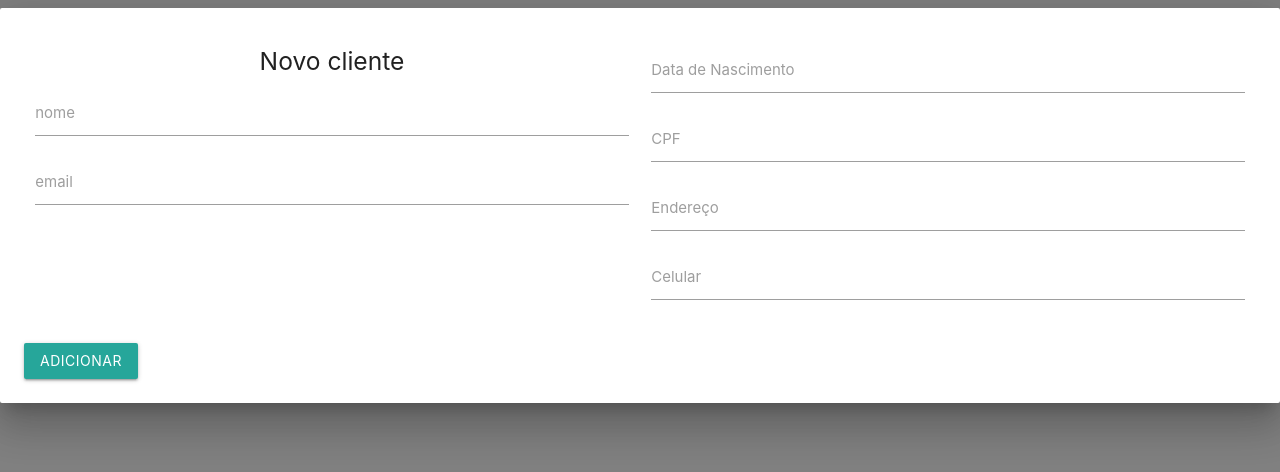
Repository: luizasilveira/TechWeb
Page: Projeto1/techWebP1/WebContent/add.html
An editor plug-in stored every save of this project. The page is shown before and after the next save, followed by the edit.
The browser window is 1280 px wide. The pictures show the whole page.

Above is the page before, as saved 2019-09-08 19:56:52.

After the next save:
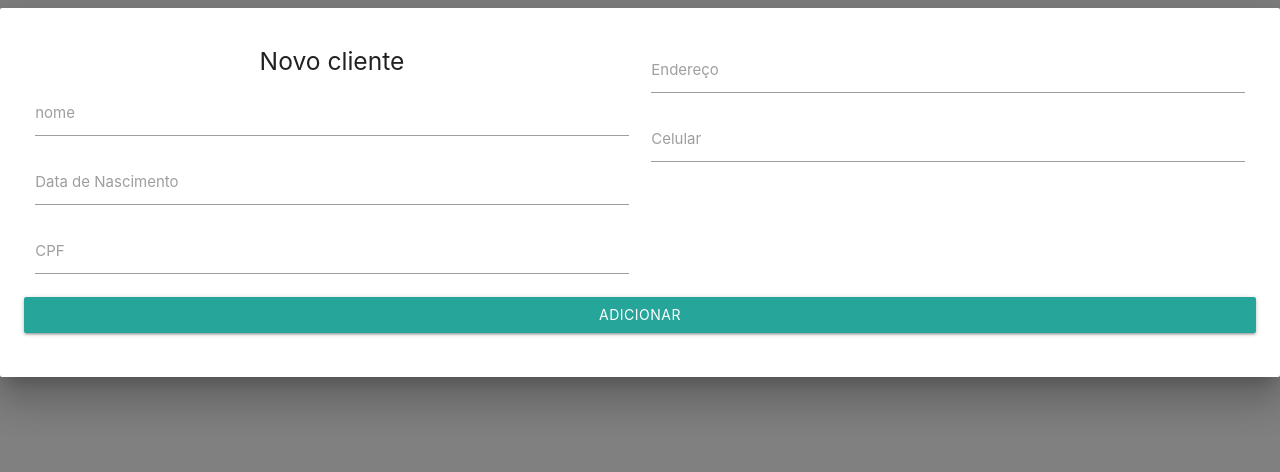
Saved 33 s later.
--- a/Projeto1/techWebP1/WebContent/add.html
+++ b/Projeto1/techWebP1/WebContent/add.html
@@ -35,48 +35,44 @@ body {
 
 
 
-					<div class="input-field">
-						<!--   <i class="material-icons prefix">email</i>-->
-						<input type="email" name="email" class="validate"> <label>
-							email</label>
-					</div>
-					</div>
-					<div class="col s6">
+					<!--<div class="input-field">
+                    <i class="material-icons prefix">email</i
+                    <input type="email" name="email" class="validate">
+                    <label> email</label>
+                  </div>-->
 
 					<div class="input-field">
 						<!--<i class="material-icons prefix">lock</i>-->
 						<input type="text" name="nascimento"> <label>Data
 							de Nascimento</label>
-
-				</div>
+					</div>
 
 					<div class="input-field">
 						<!--<i class="material-icons prefix">vpn_key</i>-->
 						<input type="text" name="CPF"> <label>CPF</label>
 					</div>
+				</div>
+
+				<div class="col s6">
+					<div class="input-field">
+						<!--<i class="material-icons prefix">vpn_key</i>-->
+						<input type="text" name="endereço"> <label>Endereço</label>
+					</div>
+
+					<div class="input-field">
+						<!--<i class="material-icons prefix">vpn_key</i>-->
+						<input type="text" name="celular"> <label>Celular</label>
+					</div>
+				</div>
 
 
+				<!--<p class="right">Already have an account? <a href="#login" class="modal-trigger">login</a></p>-->
+				<input type="submit" name="submit" value="Adicionar"
+					class="btn left col s12">
 
-				<div class="input-field">
-					<!--<i class="material-icons prefix">vpn_key</i>-->
-					<input type="text" name="endereço"> <label>Endereço</label>
-				</div>
+				<div class="clearfix"></div>
 
-				<div class="input-field">
-					<!--<i class="material-icons prefix">vpn_key</i>-->
-					<input type="text" name="celular"> <label>Celular</label>
-				</div>
-				</div>
 			</div>
-
-
-			<!--<p class="right">Already have an account? <a href="#login" class="modal-trigger">login</a></p>-->
-			<input type="submit" name="submit" value="Adicionar"
-				class="btn left col s12">
-
-			<div class="clearfix"></div>
-
-		</div>
 		</div>
 	</form>
 
